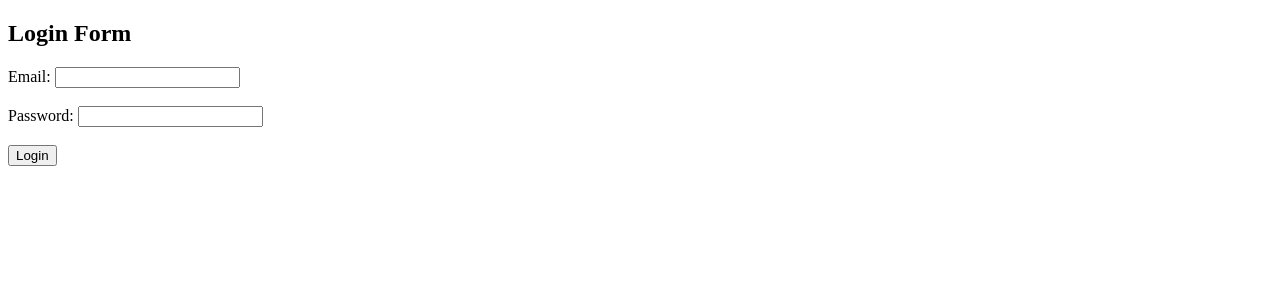
Repository: rahulmadasuongole/Demo
Page: firstwedapp/build/classes/webapp/email.html
These files come from the project's save history. The page is drawn as it stood at one moment and after the next save; the edit follows.
The browser window is 1280 px wide. The pictures show the whole page.

Above is the page before, as saved 2025-03-05 09:16:41.

### firstwedapp/build/classes/webapp/email.html
<!DOCTYPE html>
<html>
<head>
    <title>Login Page</title>
</head>
<body>
    <h2>Login Form</h2>
    <form action="LoginServlet" method="post">
        Email: <input type="email" name="email" required><br><br>
        Password: <input type="password" name="password" required><br><br>
        <input type="submit" value="Login">
    </form>
</body>
</html>

After the next save:
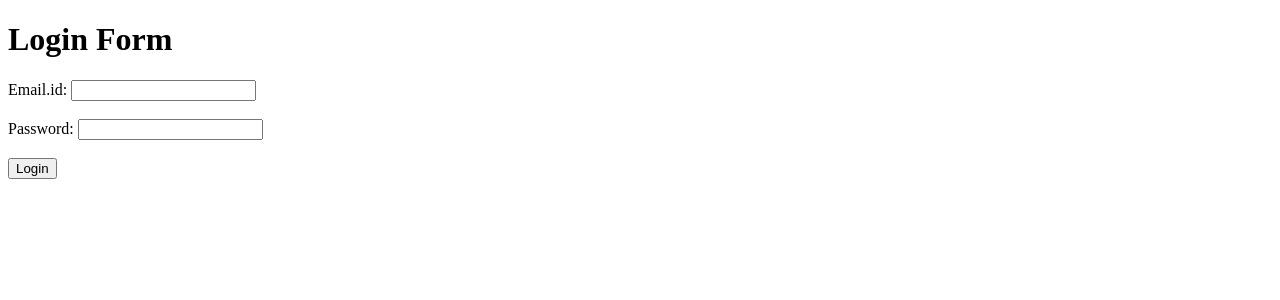
Saved 12 min 2 s later.
--- a/firstwedapp/build/classes/webapp/email.html
+++ b/firstwedapp/build/classes/webapp/email.html
@@ -4,11 +4,15 @@
     <title>Login Page</title>
 </head>
 <body>
-    <h2>Login Form</h2>
-    <form action="LoginServlet" method="post">
-        Email: <input type="email" name="email" required><br><br>
-        Password: <input type="password" name="password" required><br><br>
-        <input type="submit" value="Login">
+    <form action="LoginServlet" method="get">
+    <h1>Login Form</h1>
+    <label>Email.id:</label>
+     <input type="email" name="email" required>
+     <br><br>
+      <label>Password:</label>
+       <input type="password" name="password" required>
+       <br><br>
+        <input type="submit"  name="submit" value="Login">
     </form>
 </body>
 </html>
